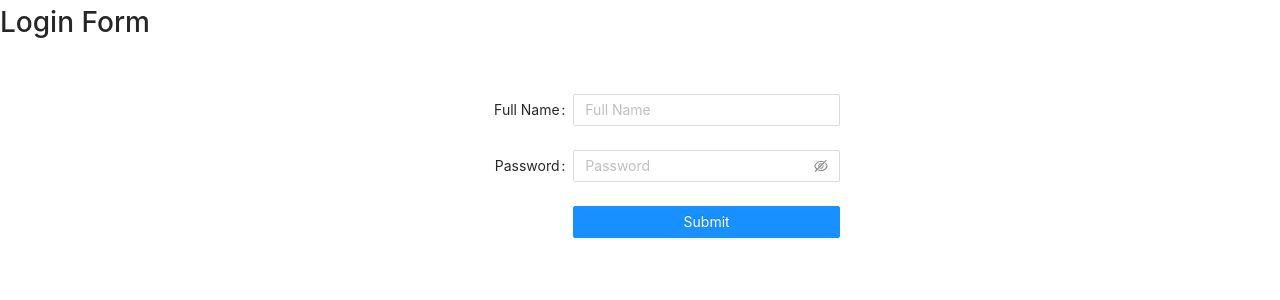
Repository: baodien1405/module-form
Page: /
The author's editor kept a copy of each file at every save. The page is drawn from the files as they stood at one save, then again after the next save.
The browser window is 1280 px wide. The pictures show the whole page.
The project was rebuilt for these pictures with package versions that can differ from the ones it lists, and the page was loaded fresh each time.

Above is the page before, as saved 2021-09-09 13:42:51.

After the next save:
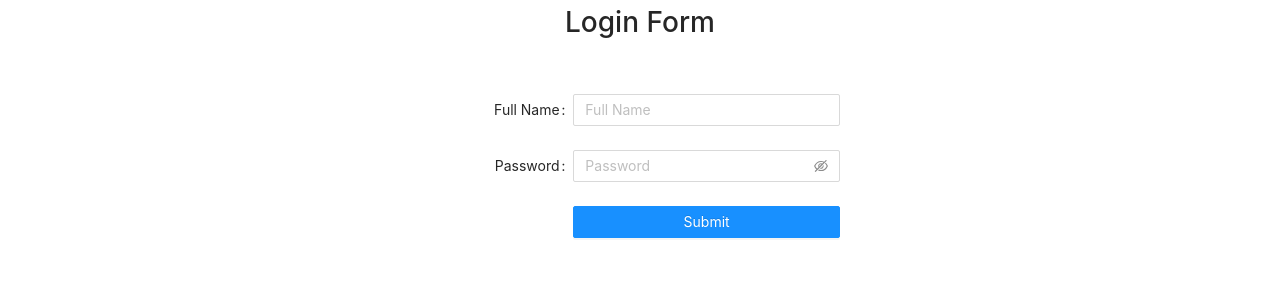
Saved 13 s later.
--- a/src/App.css
+++ b/src/App.css
@@ -44,5 +44,5 @@
 }
 
 .title {
-  margin: 0 auto;
+  text-align: center;
 }
